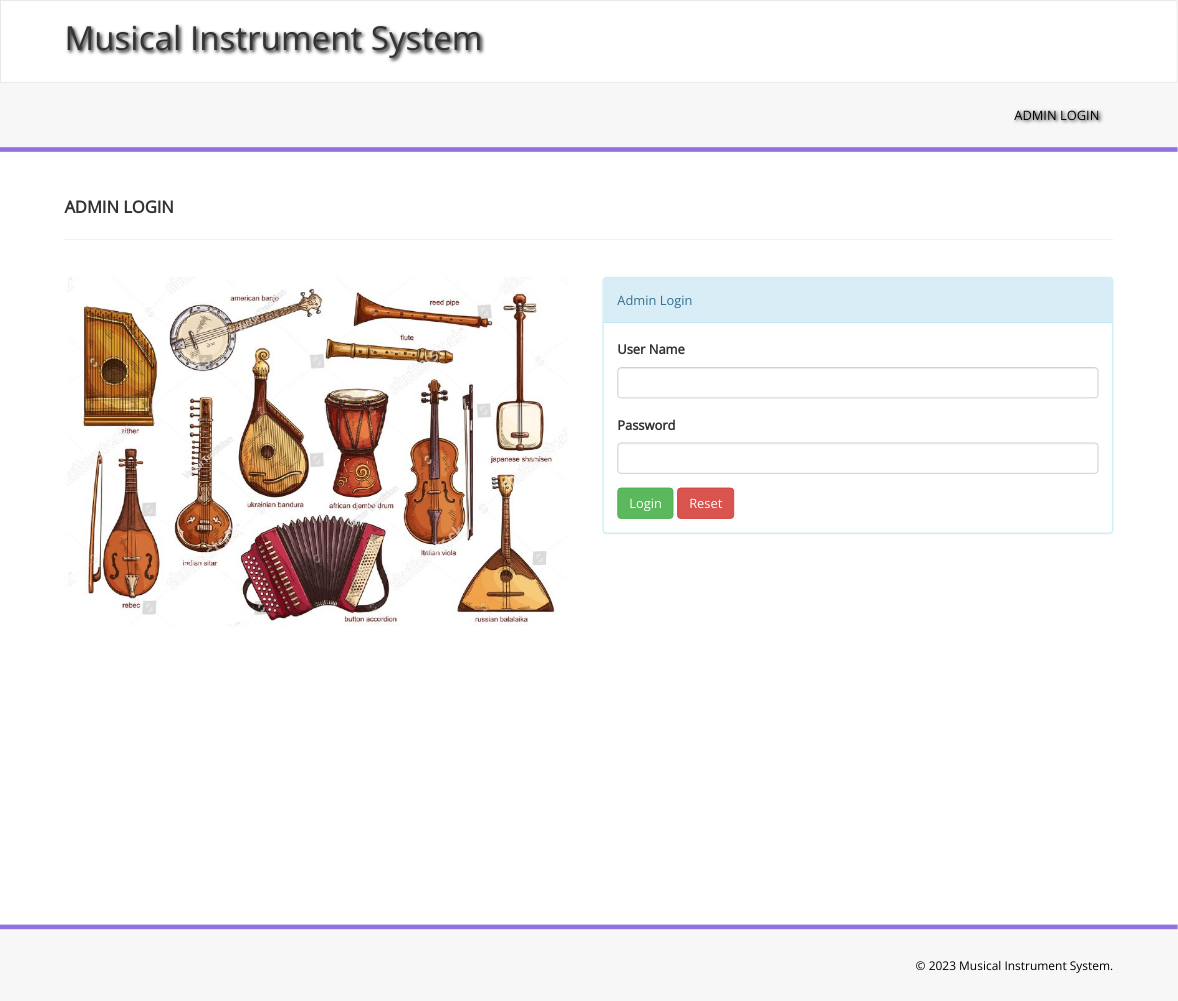
Repository: chetanbagul1998/Musical-Instruments-System_Project
Page: http://localhost/Project/
The author's editor kept a copy of each file at every save. The page is drawn from the files as they stood at one save, then again after the next save.
The browser window is 1280 px wide. The pictures show the whole page, at 92% of full size.
Some web libraries are served in a nearby version. The page is served by Tomcat 10. Other server files are loaded and not shown.

Above is the page before, as saved 2023-02-28 18:06:47.
Console error: TypeError: $(...).dataTable is not a function

### Mini Project/Project/src/main/webapp/index.jsp
<%@ page language="java" contentType="text/html; charset=ISO-8859-1"
	pageEncoding="ISO-8859-1"%>
<!DOCTYPE html>
<html xmlns="http://www.w3.org/1999/xhtml">

<!-- Mirrored from www.binarytheme.com/BTlivedemos/2014/08/29/horizontal-admin/ by HTTrack Website Copier/3.x [XR&CO'2014], Sun, 14 Jul 2019 14:46:41 GMT -->
<head>
<meta charset="utf-8" />
<meta name="viewport"
	content="width=device-width, initial-scale=1, maximum-scale=1" />
<meta name="description" content="" />
<meta name="author" content="" />
<!--[if IE]>
        <meta http-equiv="X-UA-Compatible" content="IE=edge,chrome=1">
        <![endif]-->
<title>Musical Instrument System</title>
<!-- BOOTSTRAP CORE STYLE  -->
<link href="assets/css/bootstrap.css" rel="stylesheet" />
<!-- FONT AWESOME STYLE  -->
<link href="assets/css/font-awesome.css" rel="stylesheet" />
<!-- CUSTOM STYLE  -->
<link href="assets/css/style.css" rel="stylesheet" />
<!-- GOOGLE FONT -->
<link href='http://fonts.googleapis.com/css?family=Open+Sans'
	rel='stylesheet' type='text/css' />
<script
	src="https://ajax.googleapis.com/ajax/libs/jquery/3.4.1/jquery.min.js"></script>

</head>
<body>

	<div class="navbar navbar-inverse set-radius-zero">
		<div class="container">
			<div class="navbar-header">
				<button type="button" class="navbar-toggle" data-toggle="collapse"
					data-target=".navbar-collapse">
					<span class="icon-bar"></span> <span class="icon-bar"></span> <span
						class="icon-bar"></span>
				</button>
				<h1 style="text-shadow: 2px 2px 4px #000000;">Musical Instrument System</h1>
			</div>
		</div>
	</div>
	<!-- LOGO HEADER END-->
	<section class="menu-section">
		<div class="container">
			<div class="row ">
				<div class="col-md-12">
					<div class="navbar-collapse collapse ">
						<ul id="menu-top" class="nav navbar-nav navbar-right">
							<li><a href="index.jsp" style="text-shadow: 2px 2px 4px #000000;">Admin Login</a></li>

						</ul>
					</div>
				</div>

			</div>
		</div>
	</section>
	<!-- MENU SECTION END-->
	<div class="content-wrapper">
		<div class="container">
			<div class="row pad-botm">
				<div class="col-md-12">
					<h4 class="header-line">ADMIN Login</h4>

				</div>

			</div>
			<div class="row">
				<div class="col-md-6">
					<img src="assets/img/musical-instruments.jpg" style="width: 550px;"></img>
				</div>
				<div class="col-md-6">
					<div class="panel panel-info">
						<div class="panel-heading">Admin Login</div>
						<div class="panel-body">
							<%
								String credential = (String) session.getAttribute("fail");
								if (credential != null) {
								session.removeAttribute("credential");
							%>
							<div class="alert alert-danger" id="danger">You have enter
								wrong credentials.</div>
							<%
								}
							%>
							<form role="form" action="AdminLogin" method="post">
								<div class="form-group">
									<label>User Name</label> <input class="form-control"
										type="text" name="uname" />
								</div>
								<div class="form-group">
									<label>Password</label> <input class="form-control"
										type="password" name="upass" />
								</div>
								<button type="submit" class="btn btn-success">Login</button>
								<button type="reset" class="btn btn-danger">Reset</button>
							</form>
						</div>
					</div>
				</div>

			</div>

		</div>
	</div>
	<!-- CONTENT-WRAPPER SECTION END-->
	<jsp:include page="footer.jsp"></jsp:include>
	<!-- FOOTER SECTION END-->
	<!-- JAVASCRIPT FILES PLACED AT THE BOTTOM TO REDUCE THE LOADING TIME  -->
	<!-- CORE JQUERY  -->
	<script src="assets/js/jquery-1.10.2.js"></script>
	<!-- BOOTSTRAP SCRIPTS  -->
	<script src="assets/js/bootstrap.js"></script>
	<!-- CUSTOM SCRIPTS  -->
	<script src="assets/js/custom.js"></script>
	<script>
		(function(i, s, o, g, r, a, m) {
			i['GoogleAnalyticsObject'] = r;
			i[r] = i[r] || function() {
				(i[r].q = i[r].q || []).push(arguments)
			}, i[r].l = 1 * new Date();
			a = s.createElement(o), m = s.getElementsByTagName(o)[0];
			a.async = 1;
			a.src = g;
			m.parentNode.insertBefore(a, m)
		})
				(
						window,
						document,
						'script',
						'../../../../../../www.google-analytics.com/analytics.js',
						'ga');

		ga('create', 'UA-58127580-1', 'auto');
		ga('send', 'pageview');
	</script>
</body>
<script src="http://code.jquery.com/jquery-1.10.1.min.js"></script>
<script type="text/javascript">
	$(function() {
		$('#danger').delay(1500).show().fadeOut('slow');
	});
</script>
</html>

### Mini Project/Project/src/main/webapp/footer.jsp
<%@ page language="java" contentType="text/html; charset=ISO-8859-1"
	pageEncoding="ISO-8859-1"%>
<section class="footer-section">
	<div class="container">
		<div class="row">
			<div class="col-md-12">
				&copy; 2023 Musical Instrument System.
			</div>

		</div>
	</div>
</section>

### Mini Project/Project/src/main/webapp/assets/css/style.css
/* =============================================================
   GENERAL STYLES
 ============================================================ */

body {
    font-family: 'Open Sans', sans-serif;
    line-height:28px;

}
.set-radius-zero {
    border-radius:0px;
    -moz-border-radius:0px;
    -webkit-border-radius:0px;
}
.content-wrapper {
    margin-top: 40px;
    min-height:800px;
    padding-bottom:90px;
}
.header-line {
    font-weight:900;
    padding-bottom:25px;
    border-bottom:1px solid #eeeeee;
    text-transform:uppercase;
}
.pad-botm {
    padding-bottom:30px;
}


/* =============================================================
   NAVBAR & MENU STYLES
 ============================================================ */

.right-div {
    float: right;
    padding: 20px;
}
#menu-top a {
    color:#000;
    text-decoration:none;
    font-weight:500;
    padding: 25px 15px 25px 15px;
    text-transform:uppercase;

}
.menu-section {
    background-color: #f7f7f7;
    border-bottom:5px solid #9170E4;
    width:100%
}
.menu-top-active {
    background-color:#eeeeee;
}
.navbar-inverse {
background-color: #FFF;
border-color: rgba(155, 153, 153, 0.23);

}

.navbar {
    min-height: 90px;
    margin-bottom: 0px;

}
.navbar-inverse .navbar-collapse, .navbar-inverse .navbar-form {
    border-color:transparent;
}
.navbar-toggle {
background-color: black;
border: 1px solid black;
}

    /* =============================================================
   DASHBOARD STYLES
 ============================================================ */

.img-comments {
   border: 3px double #e1e1e1;
height: 60px;

}

.chat-widget-main {
    max-height:330px;
    overflow:auto;
}

.slide-bdr {
   border:5px solid #9170E4
}
.chat-widget-left:after {
    top: 100%;
    left: 10%;
    border: solid transparent;
    content: " ";
    position: absolute;
    border-top-color: #F70E62;
    border-width: 15px;
    margin-left: -15px;
}

.chat-widget-left {
    width: 100%;
    height: auto;
    padding: 15px;
    -webkit-border-radius: 5px;
    -moz-border-radius: 5px;
    border-radius: 5px;
    position: relative;
    border: 1px solid #F70E62;
    font-size:12px;
}
.chat-widget-right:after {
    top: 100%;
    right: 10%;
    border: solid transparent;
    content: " ";
    position: absolute;
    border-top-color: #5AA8CC;
    border-width: 15px;
    margin-left: -15px;
}

.chat-widget-right {
    width: 100%;
    height: auto;
    padding: 15px;
    -webkit-border-radius: 5px;
    -moz-border-radius: 5px;
    border-radius: 5px;
    position: relative;
    border: 1px solid #5AA8CC;
    font-size:12px;
}

.chat-widget-name-left {
   color: #808080;
    margin-top: 30px;
    margin-left: 60px;
    text-align:left;
}

    .img-left-chat {
        border:3px double #e1e1e1;
        float:left;
        margin-right:30px;
    }
     .img-right-chat {
        border:3px double #e1e1e1;
        float:right;
        margin-left:30px;
    }
     .chat-widget-main img-right {
        border:3px double #e1e1e1;
        float:left;
    }
.chat-widget-name-left h4 {
    font-weight:normal;
    font-size:11px;

}
.chat-widget-name-left h5 {
    font-weight:normal;
    font-size:10px;
}
.chat-widget-name-right h4 {
    font-weight:normal;
    font-size:11px;
}
.chat-widget-name-right h5 {
    font-weight:normal;
    font-size:10px;
}
.chat-widget-name-right {
    color: #808080;
    margin-top: 40px;
    margin-right: 60px;
    text-align:right;
}

.recent-users-sec img {
    max-height:80px;
    margin:15px;
}

.back-widget-set {
    background-color:transparent;
}

/* =============================================================
   FOOTER SECTION STYLES
 ============================================================ */
.footer-section {
    padding:25px 50px 25px 50px;
    color:#000;
    font-size:13px;
      background-color: #f7f7f7;
      text-align:right;
       border-top:5px solid #9170E4;

}

    .footer-section a, .footer-section a:hover {
        color:#000;
    }

### Mini Project/Project/src/main/webapp/assets/js/custom.js

(function ($) {
    "use strict";
    var mainApp = {
        slide_fun: function () {

            $('#carousel-example').carousel({
                interval:3000 // THIS TIME IS IN MILLI SECONDS
            })

        },
        dataTable_fun: function () {

            $('#dataTables-example').dataTable();

        },

        custom_fun:function()
        {



        },

    }


    $(document).ready(function () {
        mainApp.slide_fun();
        mainApp.dataTable_fun();
        mainApp.custom_fun();
    });
}(jQuery));

Loaded but not shown: Mini Project/Project/src/main/webapp/assets/css/bootstrap.css (library); Mini Project/Project/src/main/webapp/assets/css/font-awesome.css (library); Mini Project/Project/src/main/webapp/assets/js/jquery-1.10.2.js (library); Mini Project/Project/src/main/webapp/assets/js/bootstrap.js (library)

After the next save:
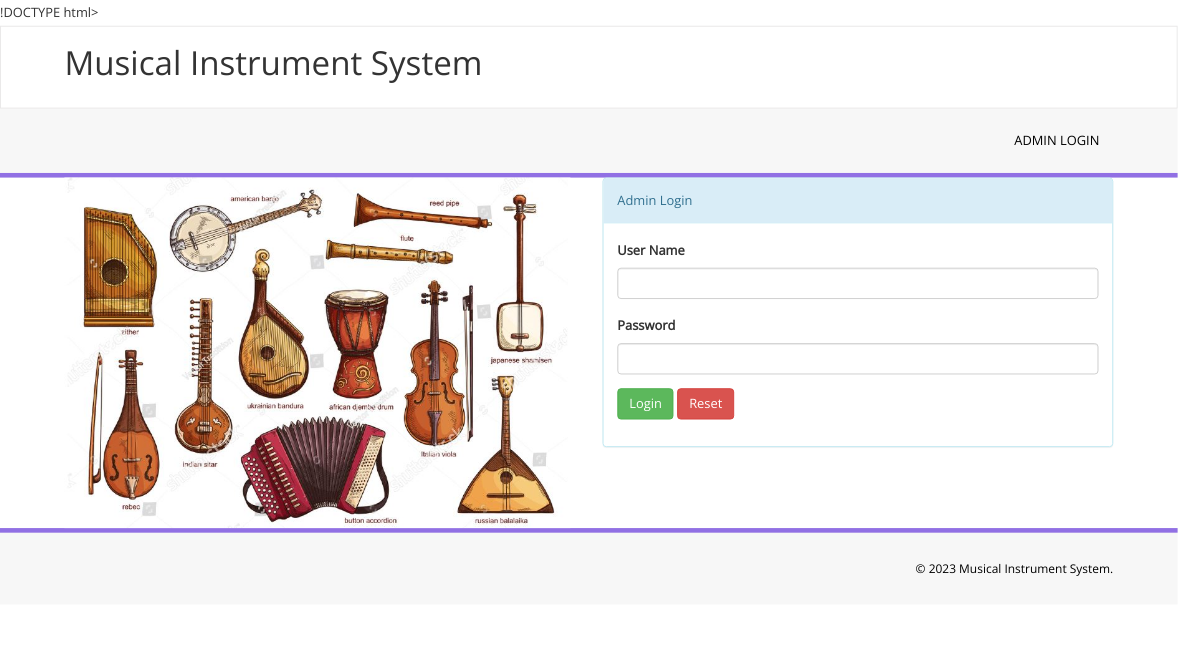
Saved 12 h 49 min later.
--- a/Mini Project/Project/src/main/webapp/index.jsp
+++ b/Mini Project/Project/src/main/webapp/index.jsp
@@ -1,72 +1,44 @@
-<%@ page language="java" contentType="text/html; charset=ISO-8859-1"
-	pageEncoding="ISO-8859-1"%>
-<!DOCTYPE html>
-<html xmlns="http://www.w3.org/1999/xhtml">
-
-<!-- Mirrored from www.binarytheme.com/BTlivedemos/2014/08/29/horizontal-admin/ by HTTrack Website Copier/3.x [XR&CO'2014], Sun, 14 Jul 2019 14:46:41 GMT -->
+!DOCTYPE html>
+<html>
 <head>
-<meta charset="utf-8" />
-<meta name="viewport"
-	content="width=device-width, initial-scale=1, maximum-scale=1" />
-<meta name="description" content="" />
-<meta name="author" content="" />
-<!--[if IE]>
-        <meta http-equiv="X-UA-Compatible" content="IE=edge,chrome=1">
-        <![endif]-->
-<title>Musical Instrument System</title>
-<!-- BOOTSTRAP CORE STYLE  -->
-<link href="assets/css/bootstrap.css" rel="stylesheet" />
-<!-- FONT AWESOME STYLE  -->
-<link href="assets/css/font-awesome.css" rel="stylesheet" />
-<!-- CUSTOM STYLE  -->
-<link href="assets/css/style.css" rel="stylesheet" />
-<!-- GOOGLE FONT -->
-<link href='http://fonts.googleapis.com/css?family=Open+Sans'
-	rel='stylesheet' type='text/css' />
-<script
-	src="https://ajax.googleapis.com/ajax/libs/jquery/3.4.1/jquery.min.js"></script>
-
+	<meta charset="utf-8" />
+	<title>Musical Instrument System</title>
+	<link href="assets/css/bootstrap.css" rel="stylesheet" />
+	<link href="assets/css/font-awesome.css" rel="stylesheet" />
+	<link href="assets/css/style.css" rel="stylesheet" />
+	<link href='http://fonts.googleapis.com/css?family=Open+Sans' rel='stylesheet' type='text/css' />
+	<script src="https://ajax.googleapis.com/ajax/libs/jquery/3.4.1/jquery.min.js"></script>
 </head>
 <body>
-
-	<div class="navbar navbar-inverse set-radius-zero">
-		<div class="container">
-			<div class="navbar-header">
-				<button type="button" class="navbar-toggle" data-toggle="collapse"
-					data-target=".navbar-collapse">
-					<span class="icon-bar"></span> <span class="icon-bar"></span> <span
-						class="icon-bar"></span>
-				</button>
-				<h1 style="text-shadow: 2px 2px 4px #000000;">Musical Instrument System</h1>
+	<header>
+		<div class="navbar navbar-inverse set-radius-zero">
+			<div class="container">
+				<div class="navbar-header">
+					<button type="button" class="navbar-toggle" data-toggle="collapse" data-target=".navbar-collapse">
+						<span class="icon-bar"></span> <span class="icon-bar"></span> <span class="icon-bar"></span>
+					</button>
+					<h1>Musical Instrument System</h1>
+				</div>
 			</div>
 		</div>
-	</div>
-	<!-- LOGO HEADER END-->
-	<section class="menu-section">
-		<div class="container">
-			<div class="row ">
-				<div class="col-md-12">
-					<div class="navbar-collapse collapse ">
-						<ul id="menu-top" class="nav navbar-nav navbar-right">
-							<li><a href="index.jsp" style="text-shadow: 2px 2px 4px #000000;">Admin Login</a></li>
-
-						</ul>
+	</header>
+	<nav>
+		<section class="menu-section">
+			<div class="container">
+				<div class="row">
+					<div class="col-md-12">
+						<div class="navbar-collapse collapse">
+							<ul id="menu-top" class="nav navbar-nav navbar-right">
+								<li><a href="index.jsp">Admin Login</a></li>
+							</ul>
+						</div>
 					</div>
 				</div>
-
 			</div>
-		</div>
-	</section>
-	<!-- MENU SECTION END-->
-	<div class="content-wrapper">
+		</section>
+	</nav>
+	<main>
 		<div class="container">
-			<div class="row pad-botm">
-				<div class="col-md-12">
-					<h4 class="header-line">ADMIN Login</h4>
-
-				</div>
-
-			</div>
 			<div class="row">
 				<div class="col-md-6">
 					<img src="assets/img/musical-instruments.jpg" style="width: 550px;"></img>
@@ -75,24 +47,15 @@
 					<div class="panel panel-info">
 						<div class="panel-heading">Admin Login</div>
 						<div class="panel-body">
-							<%
-								String credential = (String) session.getAttribute("fail");
-								if (credential != null) {
-								session.removeAttribute("credential");
-							%>
-							<div class="alert alert-danger" id="danger">You have enter
-								wrong credentials.</div>
-							<%
-								}
-							%>
+							<c:if test="${not empty sessionScope.fail}">
+								<div class="alert alert-danger" id="danger">You have entered wrong credentials.</div>
+							</c:if>
 							<form role="form" action="AdminLogin" method="post">
 								<div class="form-group">
-									<label>User Name</label> <input class="form-control"
-										type="text" name="uname" />
+									<label>User Name</label> <input class="form-control" type="text" name="uname" />
 								</div>
 								<div class="form-group">
-									<label>Password</label> <input class="form-control"
-										type="password" name="upass" />
+									<label>Password</label> <input class="form-control" type="password" name="upass" />
 								</div>
 								<button type="submit" class="btn btn-success">Login</button>
 								<button type="reset" class="btn btn-danger">Reset</button>
@@ -100,21 +63,16 @@
 						</div>
 					</div>
 				</div>
+			</div>
+		</div>
+	</main>
+	<footer>
+		<jsp:include page="footer.jsp"></jsp:include>
+	</footer>
+	<script src="assets/js/jquery-1.10.2.js"></script>
+	<script src="assets/js/bootstrap.js"></script>
+	<script src="assets/js/custom.js"></script>
 
-			</div>
-
-		</div>
-	</div>
-	<!-- CONTENT-WRAPPER SECTION END-->
-	<jsp:include page="footer.jsp"></jsp:include>
-	<!-- FOOTER SECTION END-->
-	<!-- JAVASCRIPT FILES PLACED AT THE BOTTOM TO REDUCE THE LOADING TIME  -->
-	<!-- CORE JQUERY  -->
-	<script src="assets/js/jquery-1.10.2.js"></script>
-	<!-- BOOTSTRAP SCRIPTS  -->
-	<script src="assets/js/bootstrap.js"></script>
-	<!-- CUSTOM SCRIPTS  -->
-	<script src="assets/js/custom.js"></script>
 	<script>
 		(function(i, s, o, g, r, a, m) {
 			i['GoogleAnalyticsObject'] = r;
